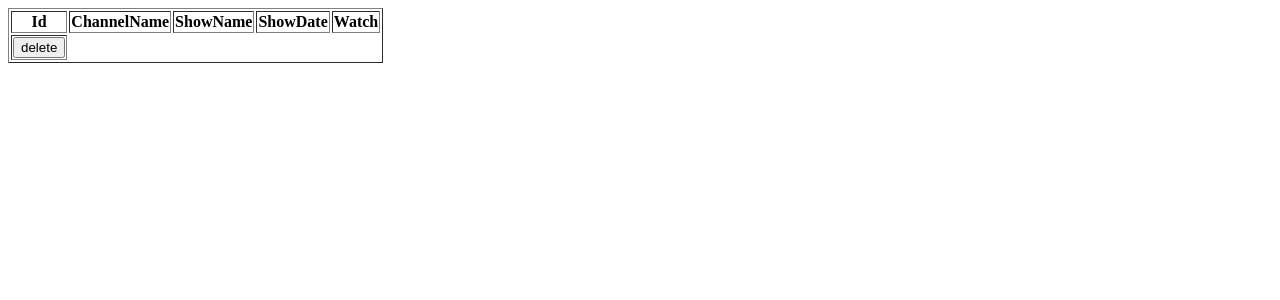
Repository: rish1208/Advance_java
Page: http://localhost/Use-case/TvListCtl
The author's editor kept a copy of each file at every save. The page is drawn from the files as they stood at one save, then again after the next save.
The browser window is 1280 px wide. The pictures show the whole page.
The page is served by Tomcat 9. Other server files are loaded and not shown. Queries for data that is not in the repository find no rows.

Above is the page before, as saved 2024-04-08 13:05:20.

### Advance java Workspace/Use-case/WebContent/TvListView.jsp
<%@page import="in.co.rays.bean.TvBean"%>
<%@page import="in.co.rays.bean.UserBean"%>
<%@page import="java.util.Iterator"%>
<%@page import="java.util.List"%>
<%@ page language="java" contentType="text/html; charset=ISO-8859-1"
    pageEncoding="ISO-8859-1"%>
<!DOCTYPE html>
<html>
<head>
<meta charset="ISO-8859-1">
<title>Insert title here</title>
</head>
<body>
<%
		List list = (List) request.getAttribute("list");
		Iterator it = list.iterator();
	%>
	<form action="TvListCtl" method="post">
		<table>


		</table>
		<table border="1%">
			<tr>

				<th>Id</th>
				<th>ChannelName</th>
				<th>ShowName</th>
				<th>ShowDate</th>
				<th>Watch</th>

			</tr>
			<%
				while (it.hasNext()) {
					TvBean bean = (TvBean) it.next();
			%>
			<tr>

				<td><%=bean.getId()%></td>
				<td><%=bean.getChannelName()%></td>
				<td><%=bean.getShowName()%></td>
				<td><%=bean.getShowDate()%></td>
				<td><%=bean.getWatch()%></td>
				<td><a href="TvCtl?id">Edit</a></td>
					</tr>


				<%
					}
				%>
		<tr>
				<td><input type="submit" name="operation" value="delete"></td>
			</tr>

		</table>


	</form>
</body>
</html>

### Advance java Workspace/Use-case/src/in/co/rays/ctl/TvListCtl.java
package in.co.rays.ctl;

import javax.servlet.RequestDispatcher;
import javax.servlet.ServletException;
import javax.servlet.annotation.WebServlet;
import javax.servlet.http.HttpServlet;
import javax.servlet.http.HttpServletRequest;
import javax.servlet.http.HttpServletResponse;

import java.io.IOException;
import java.util.List;
import in.co.rays.model.TvModel;
@WebServlet("/TvListCtl")
public class TvListCtl  extends HttpServlet{
	@Override
	protected void doGet(HttpServletRequest req, HttpServletResponse resp) throws ServletException, IOException {


	int pageNo = 1;
	int PageSize = 5;
	TvModel model = new TvModel();
	try {
		List list = model.search(null, 1, 5);
		req.setAttribute("list", list);
		RequestDispatcher rd = req.getRequestDispatcher("TvListView.jsp");
		rd.forward(req, resp);
	} catch (Exception e) {

		e.printStackTrace();
	}

}
	}

### Advance java Workspace/Use-case/src/in/co/rays/model/TvModel.java
package in.co.rays.model;

import java.sql.Connection;
import java.sql.DriverManager;
import java.sql.PreparedStatement;
import java.sql.ResultSet;
import java.util.ArrayList;
import java.util.List;

import in.co.rays.bean.TvBean;



public class TvModel {
	public  Integer nextPk() throws Exception{
		int pk = 0;

		Class.forName("com.mysql.cj.jdbc.Driver");
		Connection conn = DriverManager.getConnection("jdbc:mysql://localhost:3306/pratise", "root", "root");
		PreparedStatement pstmt = conn.prepareStatement("select max(id) from show1");
		ResultSet rs = pstmt.executeQuery();

		while (rs.next()) {
			pk = rs.getInt(1);
		}
		return pk + 1;

}
	public  void add(TvBean bean) throws Exception{
		int pk = nextPk();
		Class.forName("com.mysql.cj.jdbc.Driver");
		Connection conn= DriverManager.getConnection("jdbc:mysql://localhost:3306/pratise","root","root");
		PreparedStatement pstmt = conn.prepareStatement("insert into show1 values(?,?,?,?,?)");

		pstmt.setInt(1, pk);
		pstmt.setString(2, bean.getChannelName());
		pstmt.setString(3, bean.getShowName());
		pstmt.setDate(4, new java.sql.Date(bean.getShowDate().getTime()));
		pstmt.setString(5, bean.getWatch());

		int i = pstmt.executeUpdate();
		System.out.println("data added successfullu"+ i);
	}


public static void update(TvBean bean) throws Exception{

	Class.forName("com.mysql.cj.jdbc.Driver");
	Connection conn= DriverManager.getConnection("jdbc:mysql://localhost:3306/pratise","root","root");
	PreparedStatement pstmt = conn.prepareStatement("update show1 set channel_name =?, show_name=?,show_date=?, watch=? where id=?");

	pstmt.setString(1, bean.getChannelName());
	pstmt.setString(2, bean.getShowName());
	pstmt.setDate(3, new java.sql.Date(bean.getShowDate().getTime()));
	pstmt.setString(4, bean.getWatch());
	pstmt.setInt(5, bean.getId());

	int i = pstmt.executeUpdate();
	System.out.println("data updated successfullu"+ i);
}
public static void delete(int id) throws Exception{

	Class.forName("com.mysql.cj.jdbc.Driver");
	Connection conn= DriverManager.getConnection("jdbc:mysql://localhost:3306/pratise","root","root");
	PreparedStatement pstmt = conn.prepareStatement("delete from show1 where id=?");
	pstmt.setInt(1, id);
	int i = pstmt.executeUpdate();
	System.out.println("data delete successfullu"+ i);

}
public  TvBean findByPk(int id) throws Exception{

	Class.forName("com.mysql.cj.jdbc.Driver");
	Connection conn= DriverManager.getConnection("jdbc:mysql://localhost:3306/pratise","root","root");
	PreparedStatement pstmt = conn.prepareStatement("select * from show1 where id =?");
	pstmt.setInt(1, id);
	ResultSet rs = pstmt.executeQuery();
	TvBean bean = new TvBean();
	while(rs.next()) {
		bean = new TvBean();
		bean.setId(rs.getInt(1));
	    bean.setChannelName(rs.getString(2));
	    bean.setShowName(rs.getString(3));
	    bean.setShowDate(rs.getDate(4));
	    bean.setWatch(rs.getString(5));

	}
	return bean;
}
public List search(TvBean bean, int pageNo, int pageSize) throws Exception {

		int pk = nextPk();

			Class.forName("com.mysql.cj.jdbc.Driver");
			Connection conn = DriverManager.getConnection("jdbc:mysql://localhost:3306/pratise", "root", "root");
			StringBuffer sql = new StringBuffer("select * from show1 where 1=1");
			if (bean != null) {
				if (bean.getChannelName() != null && bean.getChannelName().length() > 0) {
					sql.append(" and first_name like '" + bean.getChannelName() + "%'");
				}
				if (bean.getShowDate() != null && bean.getShowDate().getTime() > 0) {
					sql.append(" and dob like '" + new java.sql.Date(bean.getShowDate().getTime()) + "%'");
				}
			}
			if (pageSize > 0) {

				pageNo = (pageNo - 1) * pageSize;

				sql.append(" limit " + pageNo + ", " + pageSize);
			}

			System.out.println("sql => " + sql);
			PreparedStatement ps = conn.prepareStatement(sql.toString());
			ResultSet rs = ps.executeQuery();

			List list = new ArrayList();
			while (rs.next()) {
				bean = new TvBean();
				bean.setId(rs.getInt(1));
				bean.setChannelName(rs.getString(2));
				bean.setShowName(rs.getString(3));
				bean.setShowDate(rs.getDate(4));
				bean.setWatch(rs.getString(5));
				list.add(bean);

			}
			return list;
}
}

After the next save:
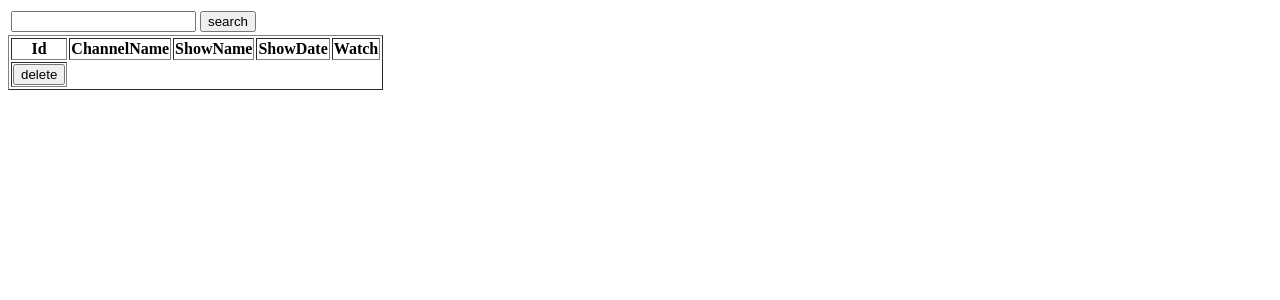
Saved 2 min 40 s later.
--- a/Advance java Workspace/Use-case/WebContent/TvListView.jsp
+++ b/Advance java Workspace/Use-case/WebContent/TvListView.jsp
@@ -17,7 +17,11 @@
 	%>
 	<form action="TvListCtl" method="post">
 		<table>
+			<tr>
+				<td><input type="text" name="channelName"></td>
 
+				<td><input type="submit" name="operation" value="search"></td>
+			</tr>
 
 		</table>
 		<table border="1%">
